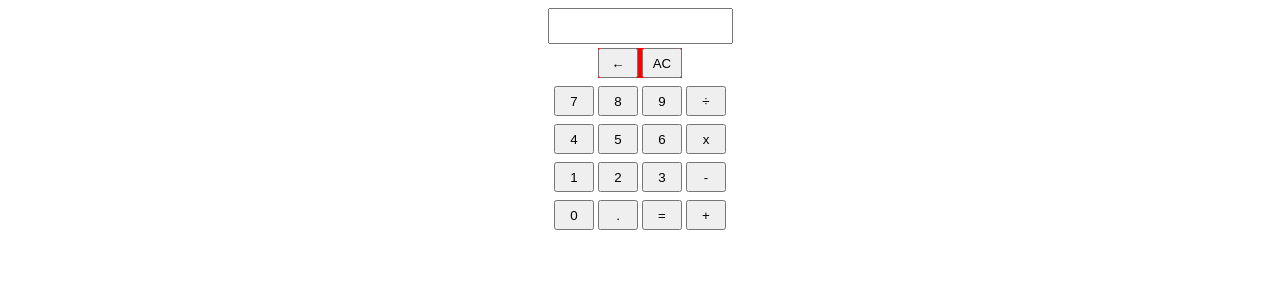
Repository: z1youRA/MyCalculator
Page: index.html
These files come from the project's save history. The page is drawn as it stood at one moment and after the next save; the edit follows.
The browser window is 1280 px wide. The pictures show the whole page.

Above is the page before, as saved 2021-12-19 16:48:06.

After the next save:
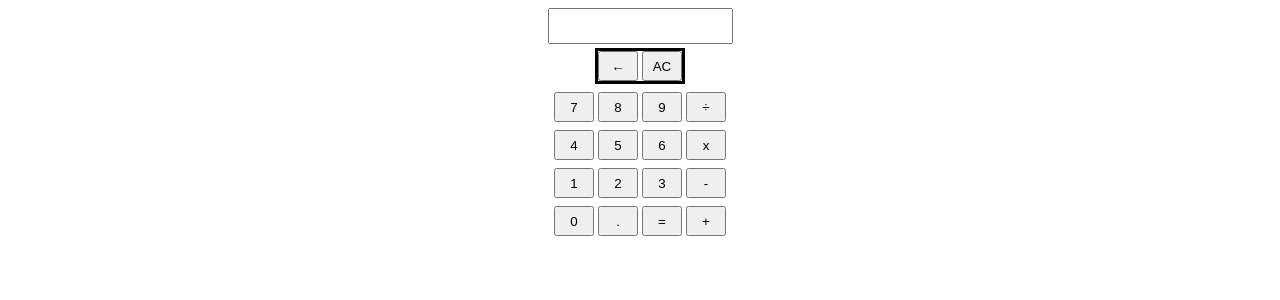
Saved 3 min 15 s later.
--- a/css/styles.css
+++ b/css/styles.css
@@ -10,7 +10,7 @@ input {
 }
 
 .first-row {
-    background-color: red;
+    border: solid;
 }
 
 .buttons {
